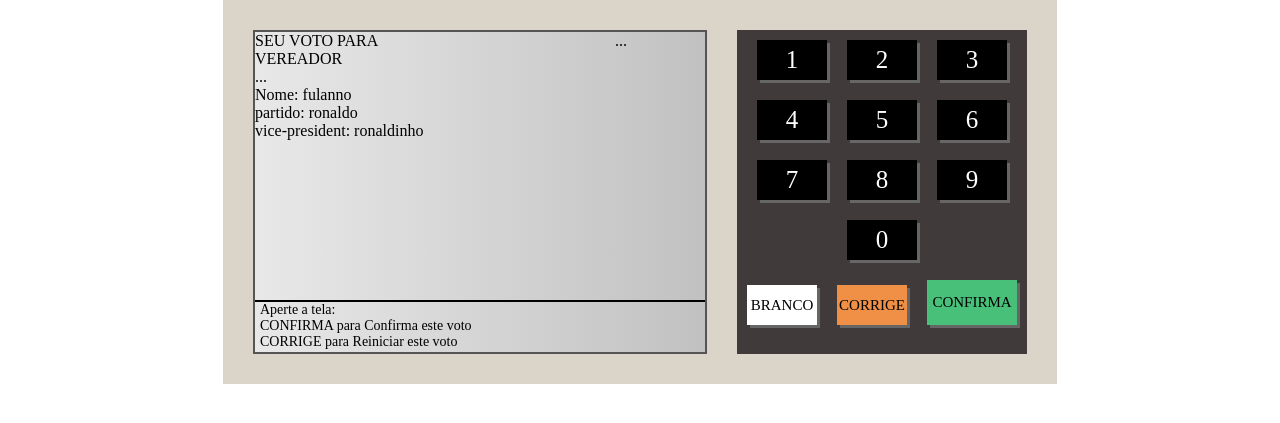
Repository: ThiagoIturra/urnaJs
Page: index.html
The author's editor kept a copy of each file at every save. The page is drawn from the files as they stood at one save, then again after the next save.
The browser window is 1280 px wide. The pictures show the whole page.

Above is the page before, as saved 2022-01-05 16:40:44.

### index.html
<!DOCTYPE html>
<html lang="pt-BR">
<header>
    <meta charset="UTF-8" />
    <meta name="viewport" content="width=device-width, initial-scale=1.0">
    <link rel="stylesheet" href="style.css">
    <title>Urna Eletrônica</title>
</header>
<body>
    <div class="urna">
        <div class="screen">
            <div class="division">
                <div class="division-left">
                    <div class="d1">
                        <span>SEU VOTO PARA</span>
                    </div>
                    <div class="d1-2">
                        <span>VEREADOR</span>
                    </div>
                    <div class="d1-3">
                        ...
                    </div>
                    <div class="d1-4">
                        Nome: fulanno<br/>
                        partido: ronaldo<br/>
                        vice-president: ronaldinho
                    </div>
                </div>
                <div class="division-right">
                    ...
                </div>
            </div>
            <div class="division-2">
                Aperte a tela:<br/>
                CONFIRMA para Confirma este voto<br/>
                CORRIGE para Reiniciar este voto
            </div>
        </div>
        <div class="keyboard">
            <div class="keyboard--line">
                <div class="keyboard--button">1</div>
                <div class="keyboard--button">2</div>
                <div class="keyboard--button">3</div>
            </div>
            <div class="keyboard--line">
                <div class="keyboard--button">4</div>
                <div class="keyboard--button">5</div>
                <div class="keyboard--button">6</div>
            </div>
            <div class="keyboard--line">
                <div class="keyboard--button">7</div>
                <div class="keyboard--button">8</div>
                <div class="keyboard--button">9</div>
            </div>
            <div class="keyboard--line">
                <div class="keyboard--button">0</div>
            </div>
            <div class="keyboard--line">
                <div class="keyboard--button button--branco">BRANCO</div>
                <div class="keyboard--button button--corrige">CORRIGE</div>
                <div class="keyboard--button button--confirma">CONFIRMA</div>
            </div>
        </div>
    </div>
</body>
</html>

### style.css
body {
    margin: 0;
    display: flex;
    justify-content: center;
    align-items: center;
}

.urna {
    background-color: #dbd5c9;
    padding: 30px;
    display: flex;
}

.screen {
    width: 450px;
    height: 320px;
    background: linear-gradient(to right, #e8e8e8, #c1c1c1);
    border: 2px solid #555;
    display: flex;
    flex-direction: column;
}

.keyboard {
    background-color: #403A3A;
    margin-left: 30px;
}

.keyboard--line {
    display: flex;
    justify-content: center;
    align-items: flex-end;
}

.keyboard--button {
    width: 70px;
    height: 40px;
    background-color: #000;
    color: #fff;
    font-size: 25px;
    display: flex;
    justify-content: center;
    align-items: center;
    margin: 10px;
    cursor: pointer;
    box-shadow: 3px 3px 0px #666;
}

.button--branco {
    background-color: #fff;
    color: #000;
    font-size: 15px;
    cursor: pointer;
}

.button--corrige {
    background-color: #f09046;
    color: #000;
    font-size: 15px;
    cursor: pointer;
}

.button--confirma {
    background-color: #48c079;
    color: #000;
    font-size: 15px;
    cursor: pointer;
    width: 90px;
    height: 45px;
}

.division {
    display: flex;
    flex: 1;

}

.division-left{
    flex: 1;
}

.division-right {
    width: 90px;
}

.division-2 {
    height: 50px;
    font-size: 14px;
    border-top: 2px solid #000;
    padding-left: 5px;
}

After the next save:
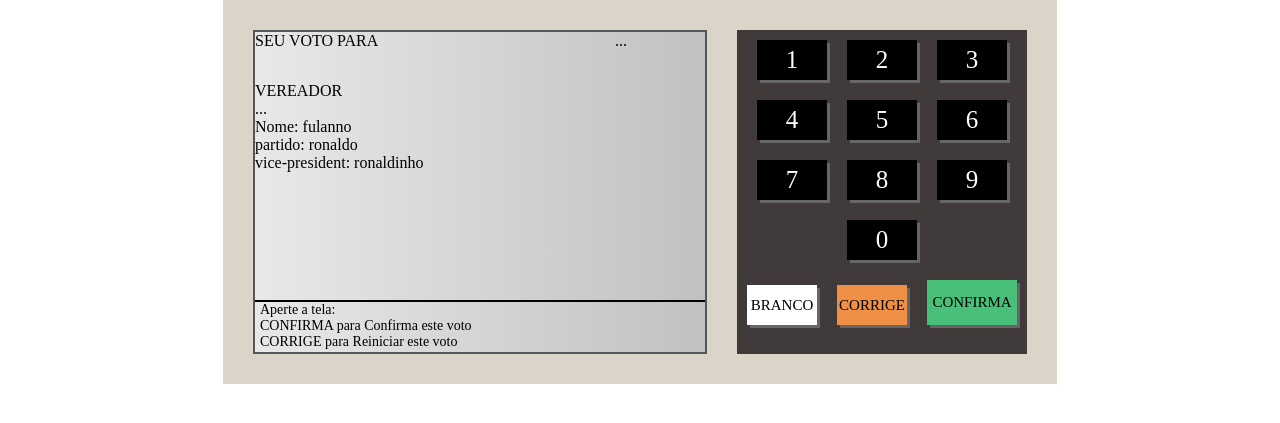
Saved 2 min 2 s later.
--- a/style.css
+++ b/style.css
@@ -78,6 +78,10 @@ body {
     flex: 1;
 }
 
+.d1 {
+    height: 50px;
+}
+
 .division-right {
     width: 90px;
 }
